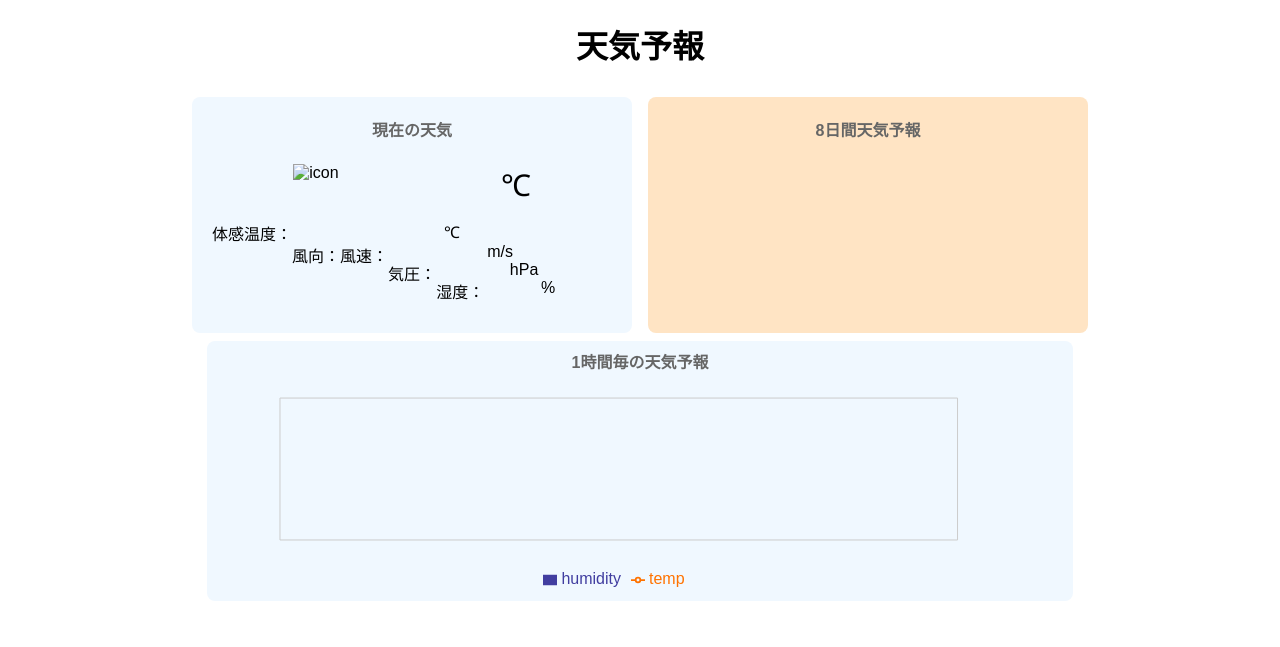
Repository: IshigureTomoki/weather-app
Page: /
The author's editor kept a copy of each file at every save. The page is drawn from the files as they stood at one save, then again after the next save.
The browser window is 1280 px wide. The pictures show the whole page.
The page's requests for data from a server got no answer. The project was rebuilt for these pictures with package versions that can differ from the ones it lists, and the page was loaded fresh each time. No one was signed in, and anything a server would have sent is missing.

Above is the page before, as saved 2022-02-25 15:02:44.

After the next save:
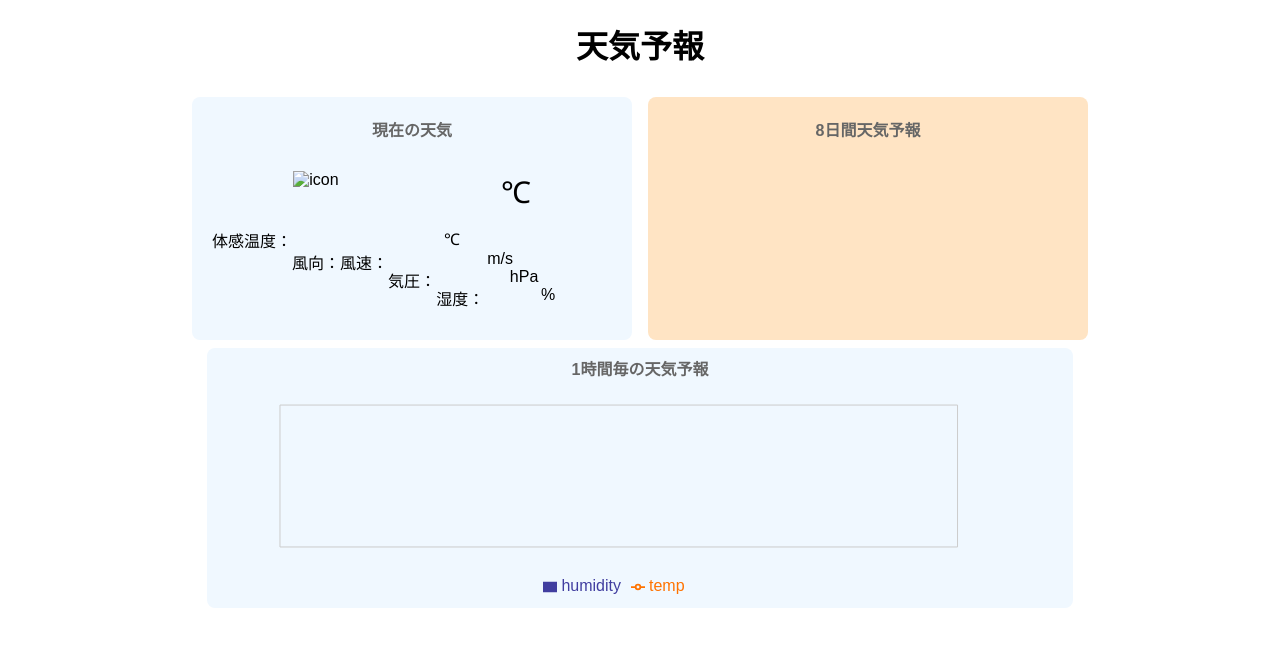
Saved 6 s later.
--- a/src/App.css
+++ b/src/App.css
@@ -26,7 +26,7 @@ body {
   font-size: 25px;
 }
 .nowtemps{
-  padding-top: 3px;
+  padding-top: 10px;
   display: flex;
   justify-content:space-around;
 }
